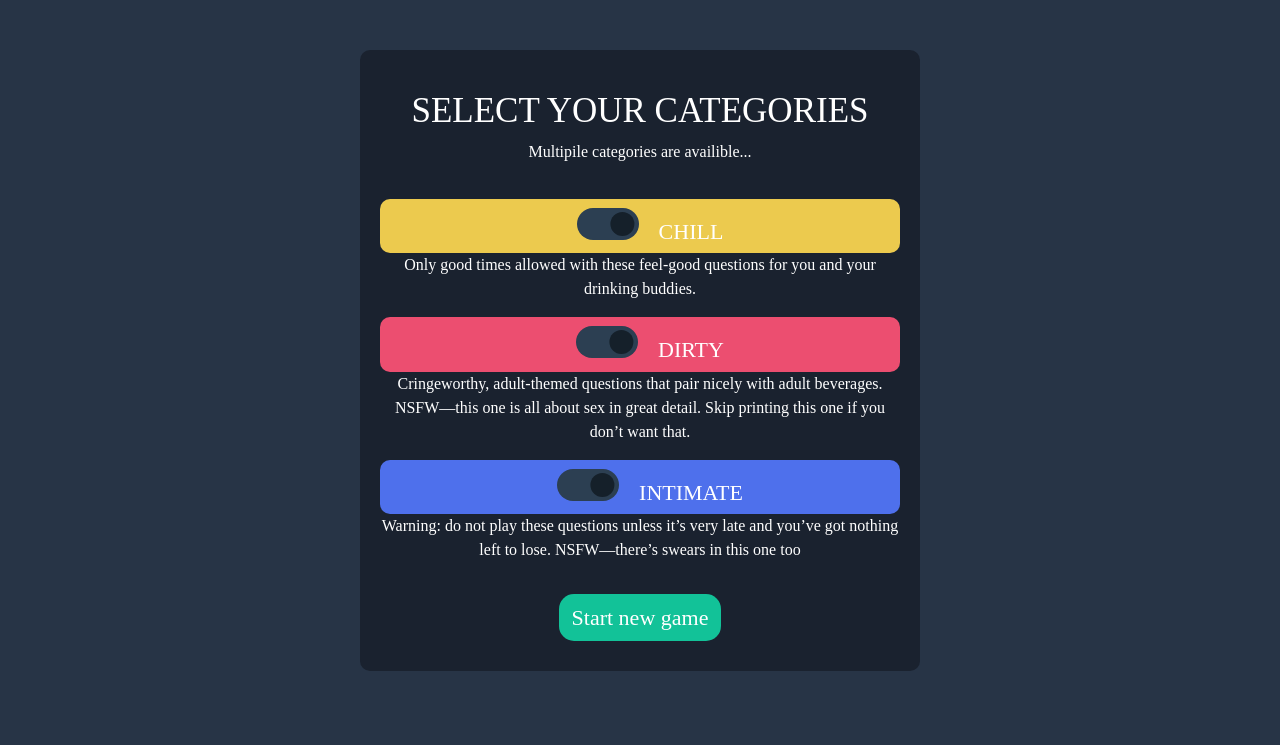
Repository: RafaelAshurov/TruthOrDrink
Page: /chose-your-categories
The author's editor kept a copy of each file at every save. The page is drawn from the files as they stood at one save, then again after the next save.
The browser window is 1280 px wide. The pictures show the whole page.
Some web fonts or font styles are not loaded; a fallback is used. The project was rebuilt for these pictures with package versions that can differ from the ones it lists, and the page was loaded fresh each time. Also part of the build but not shown: src/views/StartGame.vue, src/views/QuestionsPage.vue.

Above is the page before, as saved 2020-10-10 21:33:21.

After the next save:
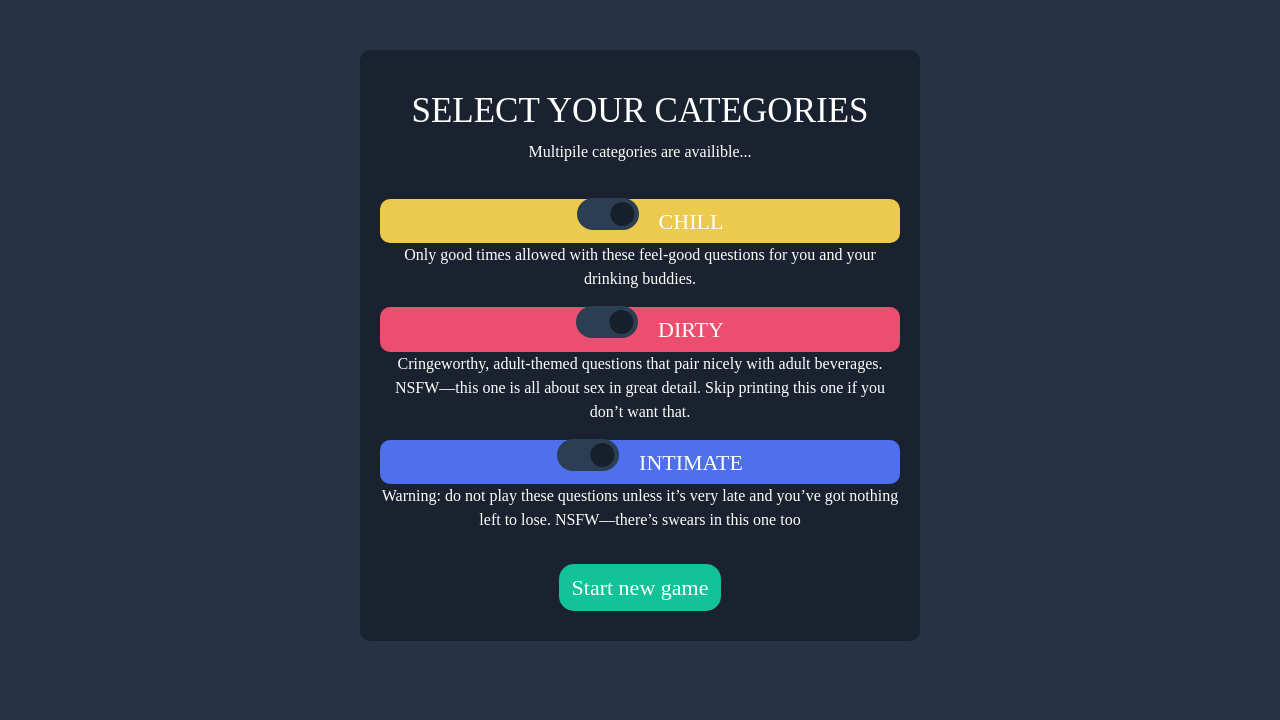
Saved 107 s later.
--- a/src/views/CategorySelect.vue
+++ b/src/views/CategorySelect.vue
@@ -267,8 +267,8 @@
     cursor: pointer;
     width: 30px;
     height: 30px;
-    margin-top: 10px;
-    margin-bottom: 10px;
+    margin-top: 0;
+    margin-bottom: 0;
 }
 
 .radio,
